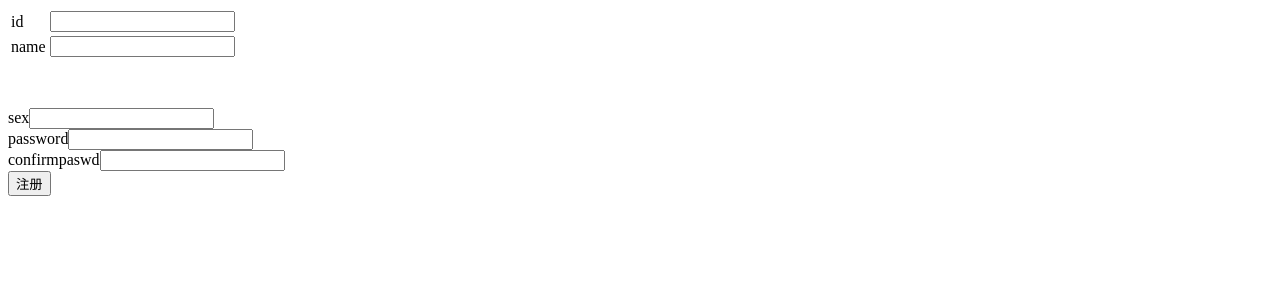
Repository: suxiaohutot/PHP
Page: http://localhost/zhuce.php
These files come from the project's save history. The page is drawn as it stood at one moment and after the next save; the edit follows.
The browser window is 1280 px wide. The pictures show the whole page.
The page is run by PHP 8.4 with error messages shown; the project is at /var/www/html/.

Above is the page before, as saved 2019-10-22 10:21:50.

### test/zhuce.php
<form action="regist.php" method="post">
<table>
    <tr>
    	<td>id</td>
    	<td><input type="text" name="id"></td>
    </tr>
    <tr>
    	<td>name</td>
    	<td><input type="text" name="name"></td>
    </tr>
    <tr>
    	<td></td>
    	<td></td>
    </tr>
    <tr>
    	<td></td>
    	<td></td>
    </tr>
    <tr>
    	<td></td>
    	<td></td>
    </tr>
</table>
    <br>
    <br>
    sex<input type="text" name="sex"><br>
    password<input type="text" name="password"><br>
    confirmpaswd<input type="text" name="confirmpaswd"><br>
    <button>注册</button>
</form>

After the next save:
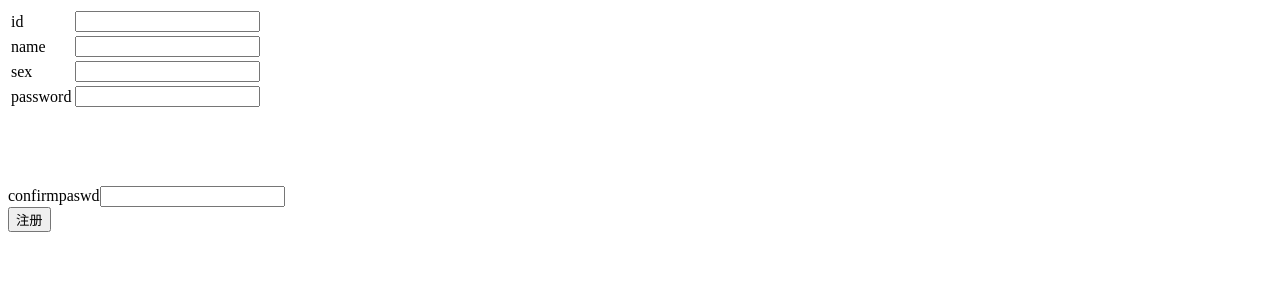
Saved 19 s later.
--- a/test/zhuce.php
+++ b/test/zhuce.php
@@ -9,12 +9,12 @@
     	<td><input type="text" name="name"></td>
     </tr>
     <tr>
-    	<td></td>
-    	<td></td>
+    	<td>sex</td>
+    	<td><input type="text" name="sex"></td>
     </tr>
     <tr>
-    	<td></td>
-    	<td></td>
+    	<td>password</td>
+    	<td><input type="text" name="password"></td>
     </tr>
     <tr>
     	<td></td>
@@ -23,8 +23,8 @@
 </table>
     <br>
     <br>
-    sex<input type="text" name="sex"><br>
-    password<input type="text" name="password"><br>
+    <br>
+    <br>
     confirmpaswd<input type="text" name="confirmpaswd"><br>
     <button>注册</button>
 </form>
